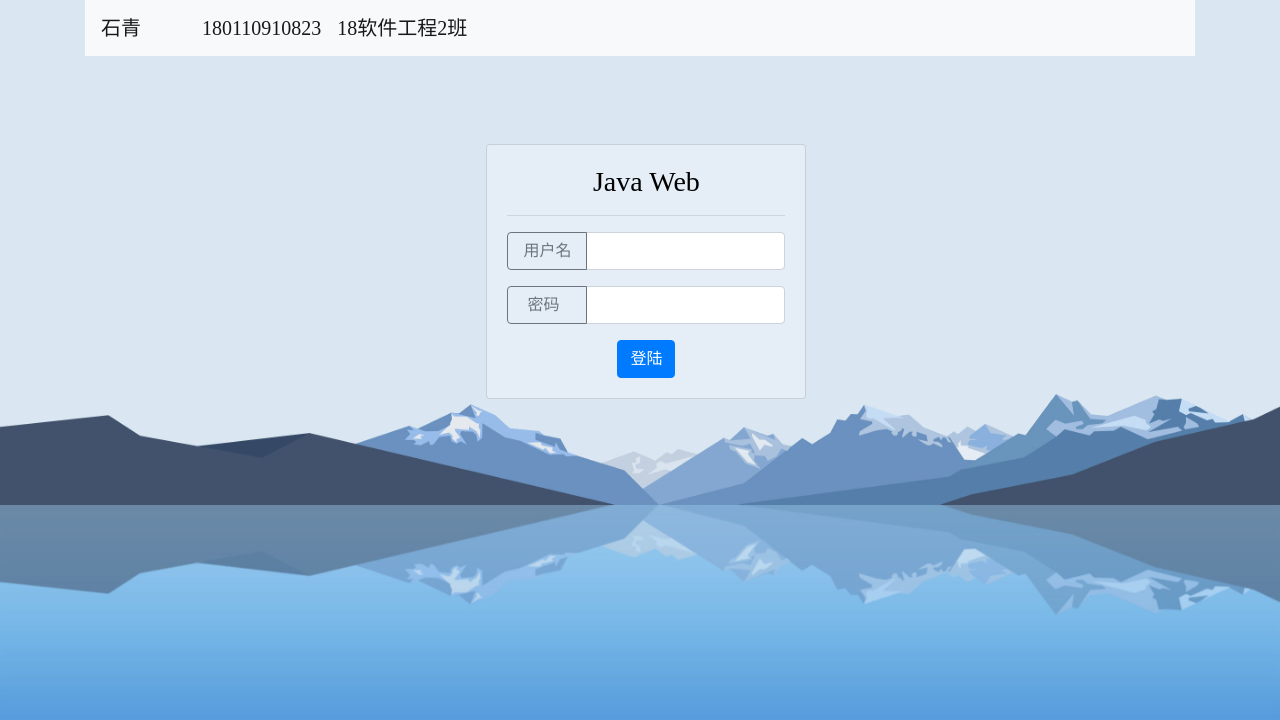
Repository: sqsssq/JavaWeb
Page: class1/IDEA/web/successful.html
These files come from the project's save history. The page is drawn as it stood at one moment and after the next save; the edit follows.
The browser window is 1280 px wide. The pictures show the whole page.

Above is the page before, as saved 2020-09-25 00:38:20.

After the next save:
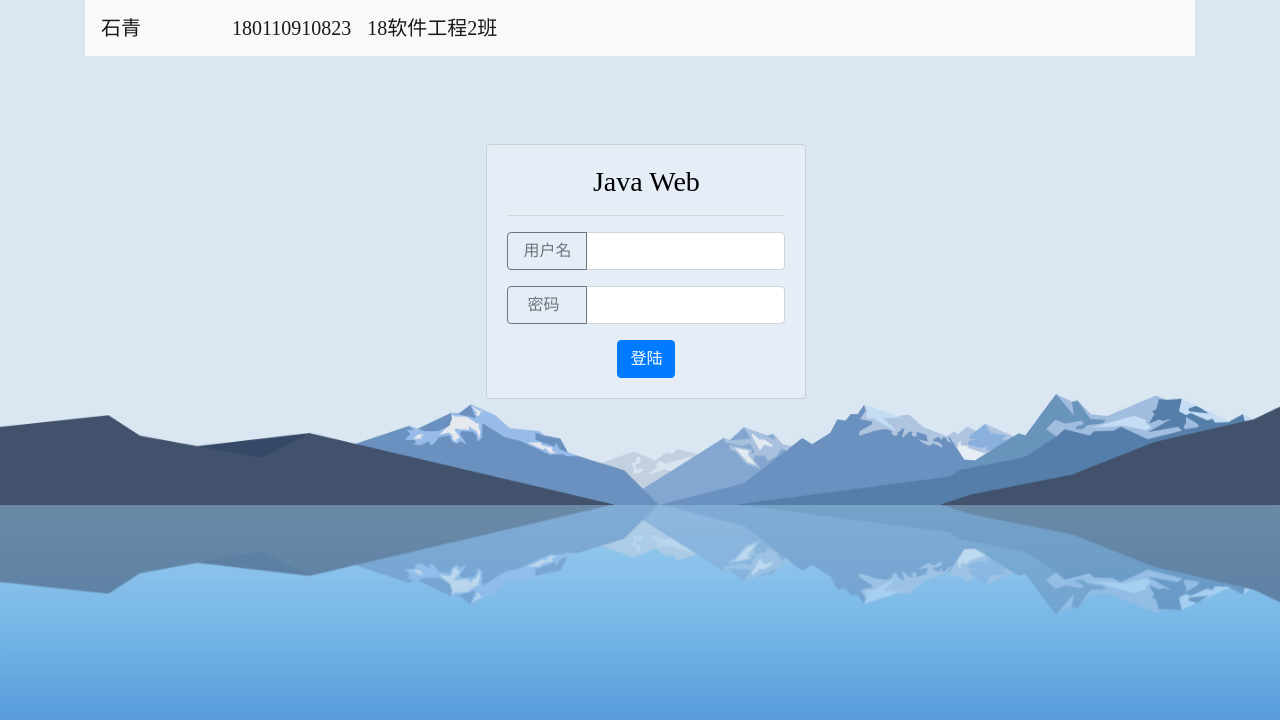
Saved 4 s later.
--- a/class1/IDEA/web/successful.html
+++ b/class1/IDEA/web/successful.html
@@ -33,7 +33,7 @@
 <body>
     <div class="container" style="font-family: 华文行楷;">
         <nav class="navbar navbar-expand-lg navbar-light bg-light">
-            <a class="navbar-brand" href="#">石青 &nbsp;&nbsp;&nbsp;&nbsp;&nbsp;&nbsp;&nbsp;&nbsp;</a>
+            <a class="navbar-brand" href="#">石青 &nbsp;&nbsp;&nbsp;&nbsp;&nbsp;&nbsp;&nbsp;&nbsp;&nbsp;&nbsp;&nbsp;&nbsp;&nbsp;&nbsp;</a>
             <a class="navbar-brand" href="#">180110910823</a>
             <a class="navbar-brand" href="#">18软件工程2班</a>
 
